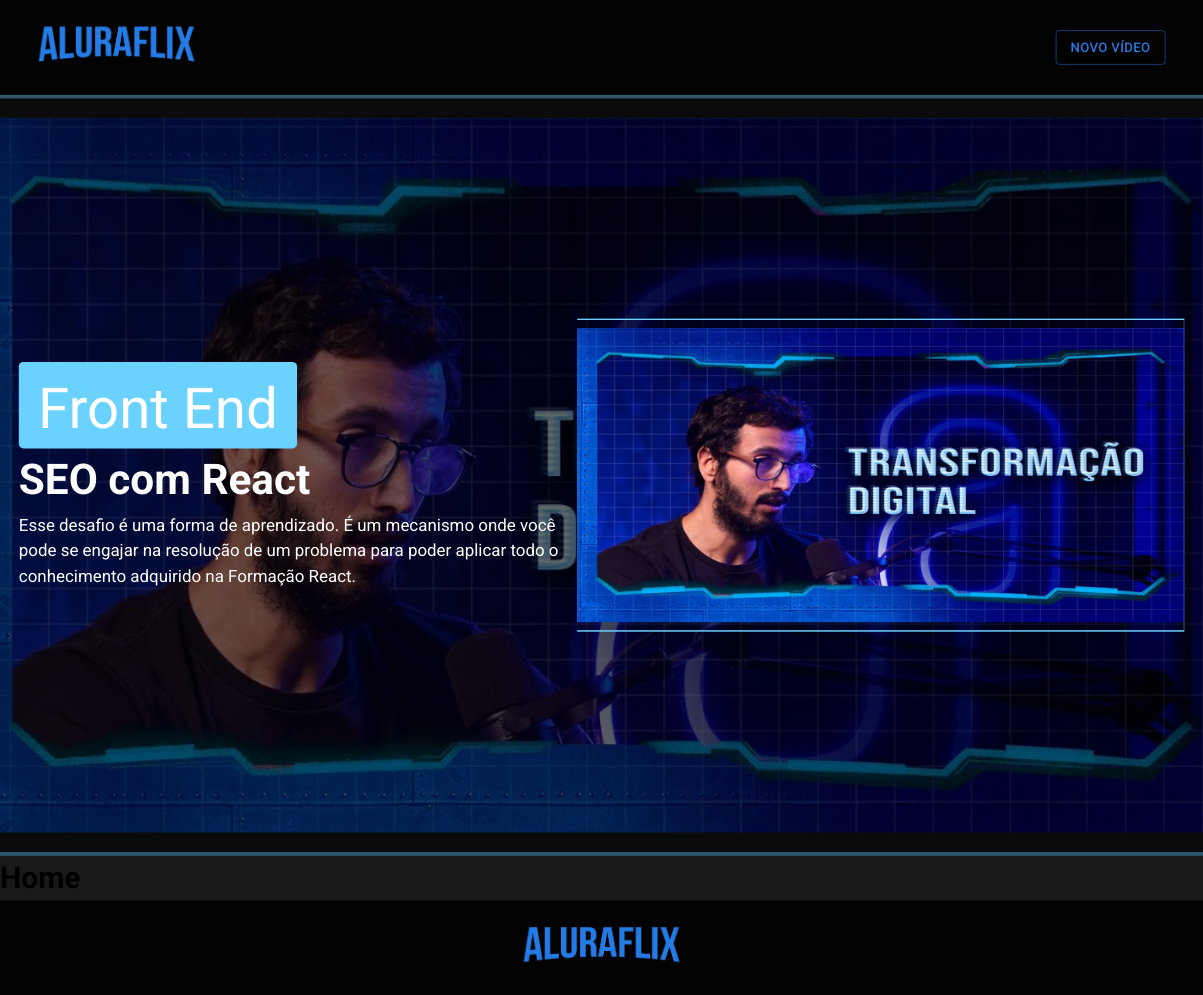
Repository: CarlosEduardoVdeOliveira/aluraflix
Page: /
The author's editor kept a copy of each file at every save. The page is drawn from the files as they stood at one save, then again after the next save.
The browser window is 1280 px wide. The pictures show the whole page, at 94% of full size.
The project was rebuilt for these pictures with package versions that can differ from the ones it lists, and the page was loaded fresh each time. Also part of the build but not shown: vite.config.js, src/pages/RegisterVideo/index.jsx, src/pages/RegisterCategory/index.jsx.

Above is the page before, as saved 2023-09-20 12:01:56.

After the next save:
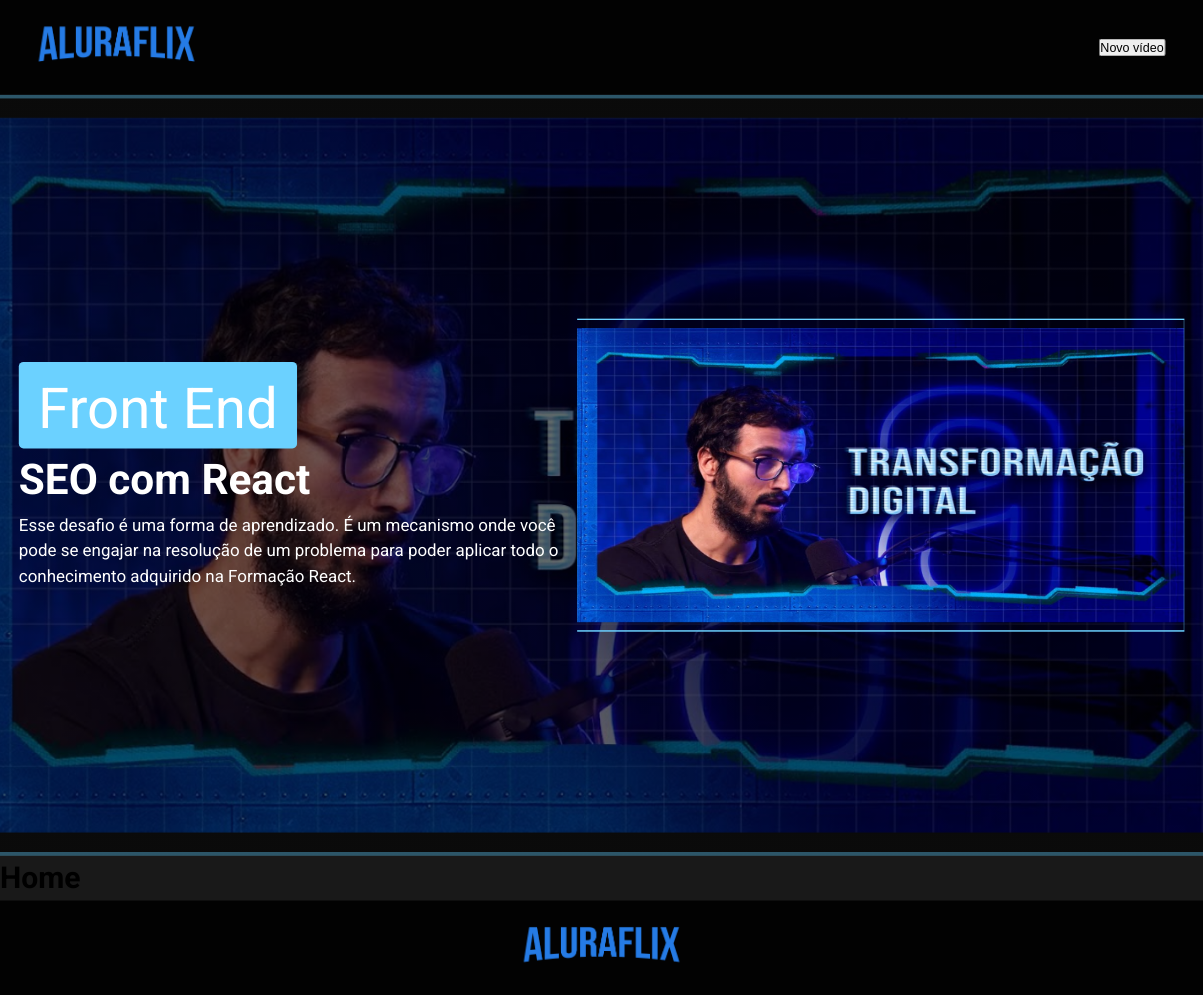
Saved 80 min 40 s later.
--- a/src/components/Header/index.jsx
+++ b/src/components/Header/index.jsx
@@ -1,10 +1,11 @@
 /* eslint-disable react/prop-types */
 // eslint-disable-next-line no-unused-vars
 import React from 'react';
-import { Button } from '@mui/material'
+
 import logo from '../../assets/logo.png'
 import styles from './Header.module.css'
 import { Link } from 'react-router-dom';
+import Button from '../Button';
 
 
 const Header = ({button}) => {
